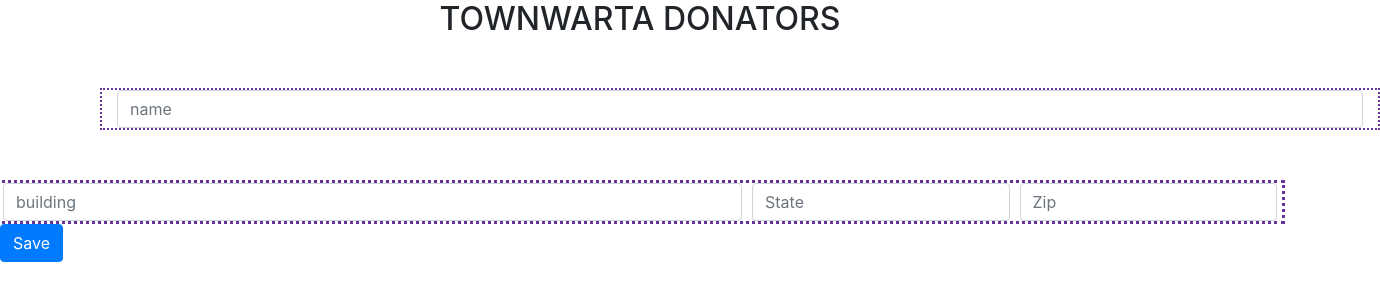
Repository: shivanand1988-28-06/townwarta
Page: http://localhost/donator/donator
An editor plug-in stored every save of this project. The page is shown before and after the next save, followed by the edit.
The browser window is 1280 px wide. The page is 1380 px wide, so the pictures cover 1380 px, including what lies to the right of the window. The pictures show the whole page.
The page is served by the project's Node server (Townwarta.js).

Above is the page before, as saved 2022-08-30 22:13:25.

After the next save:
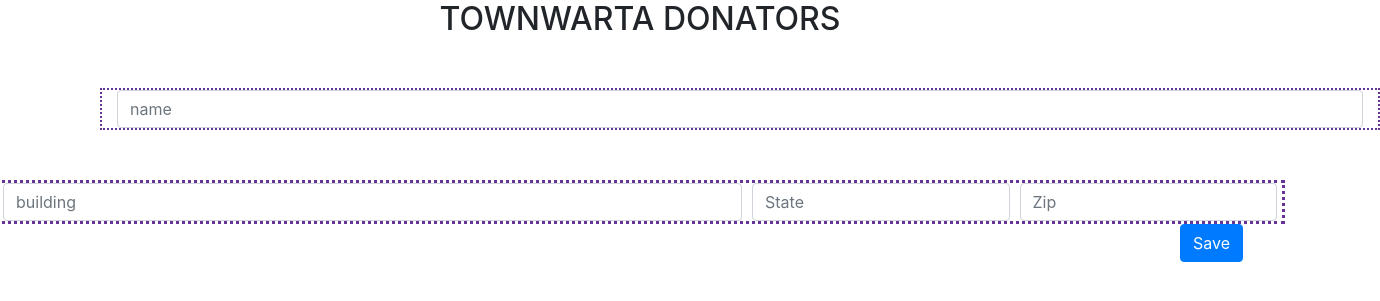
Saved 53 s later.
--- a/views/articles/donator.ejs
+++ b/views/articles/donator.ejs
@@ -27,7 +27,7 @@
           </div>
 
         </div>
-        <div style = "width: 100px ; float : center;">
+        <div style = "width: 100px ; float : right;">
             <button type="submit" class="btn btn-primary">Save</button>
         </div>
       </form>

After the save that followed:
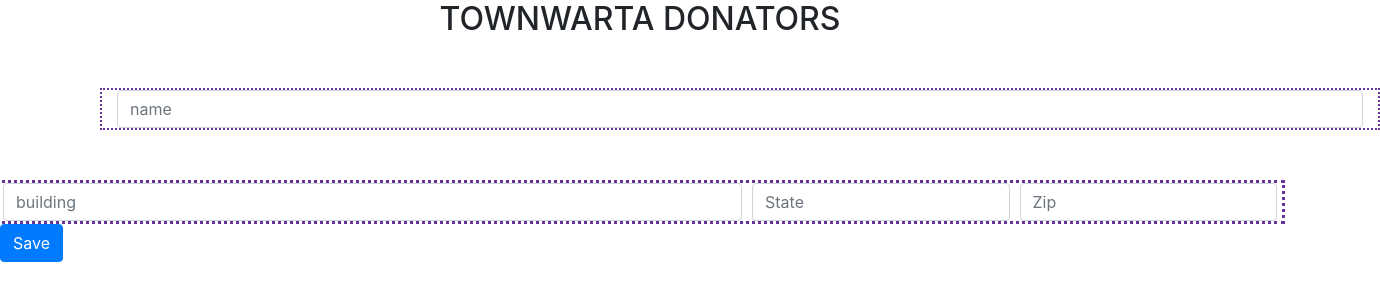
Saved 15 s later.
--- a/views/articles/donator.ejs
+++ b/views/articles/donator.ejs
@@ -27,7 +27,7 @@
           </div>
 
         </div>
-        <div style = "width: 100px ; float : right;">
+        <div style = "width: 100px ; float : center;">
             <button type="submit" class="btn btn-primary">Save</button>
         </div>
       </form>
